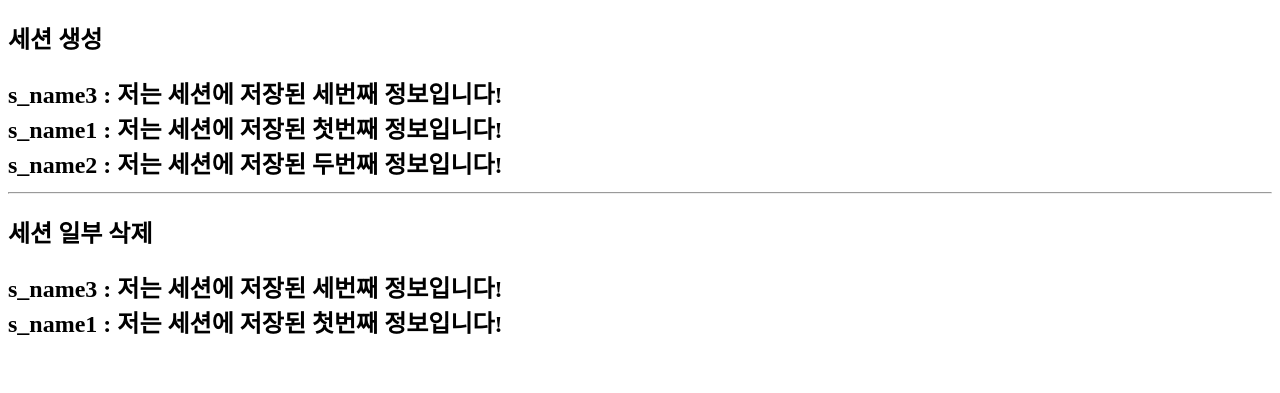
Repository: uhhuhhmm/JSP-Servlet-Class
Page: http://localhost/web02/removeAttribute.jsp
An editor plug-in stored every save of this project. The page is shown before and after the next save, followed by the edit.
The browser window is 1280 px wide. The pictures show the whole page.
The page is served by Tomcat 9.

Above is the page before, as saved 2022-07-14 02:00:36.

After the next save:
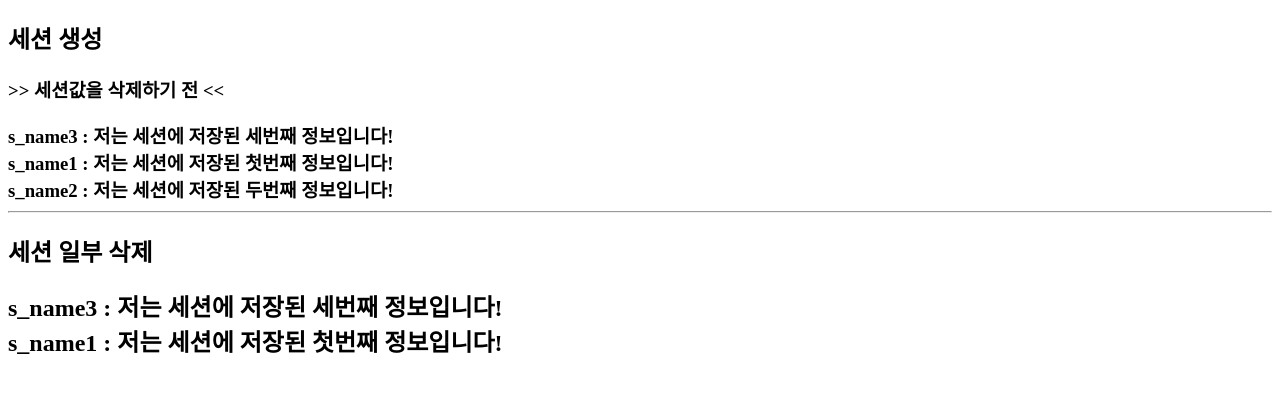
Saved 110 s later.
--- a/web02/WebContent/removeAttribute.jsp
+++ b/web02/WebContent/removeAttribute.jsp
@@ -13,6 +13,7 @@
    session.setAttribute("s_name1","저는 세션에 저장된 첫번째 정보입니다!");
    session.setAttribute("s_name2","저는 세션에 저장된 두번째 정보입니다!");
    session.setAttribute("s_name3","저는 세션에 저장된 세번째 정보입니다!");
+   out.println("<h3> >> 세션값을 삭제하기 전  << <h3>");
 
    Enumeration names;
    names = session.getAttributeNames();
